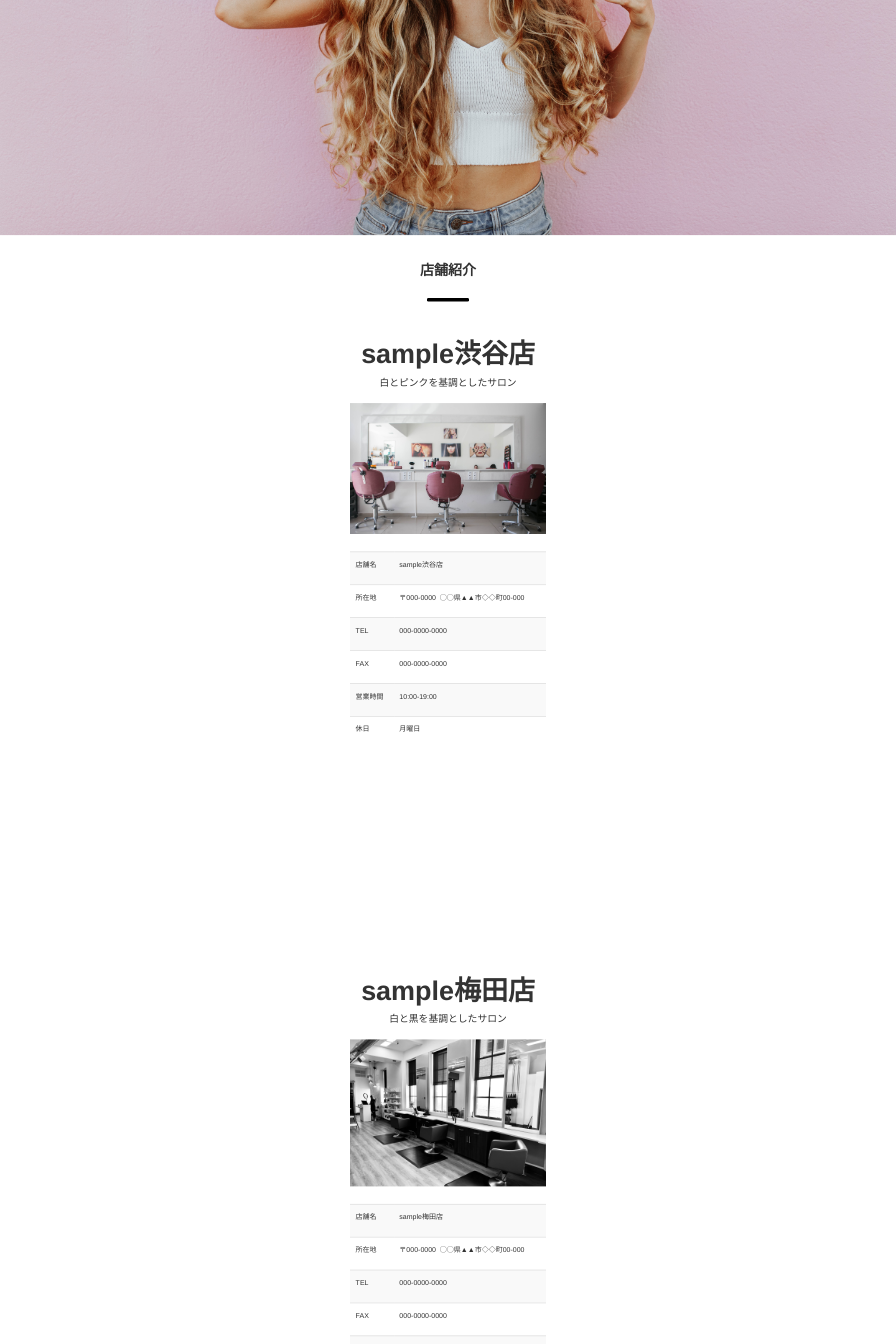
Repository: hayashikazuki/side_job_tenp_hayashi
Page: salon-tenp/profile.html
The author's editor kept a record of every edit. The page is drawn from the files as they stood at one moment, then again after the next edit.
The browser window is 1280 px wide. The pictures show the part of the page from y = 557 to 2477 px (the page is 2904 px tall), at 70% of full size.
Pictures or frames that could not be fetched are drawn as grey boxes. Some web libraries are served in a nearby version.

Above is the page before.

### salon-tenp/profile.html
<!DOCTYPE>
<html lang="ja">
    <head>
        <meta charaset="UTF-8">
        <title>sampleサロン</title>
        <meta charset="UTF-8">
        <meta name="viewport" content="width=device-width,initial-scale=1">
        <link rel="stylesheet" href="profile.css"/>
        <link rel="stylesheet" href="bootstrap.css"/>
        <link href="https://use.fontawesome.com/releases/v5.6.1/css/all.css" rel="stylesheet">
        <link rel="stylesheet" href="https://cdnjs.cloudflare.com/ajax/libs/font-awesome-animation/0.0.10/font-awesome-animation.css"
        type="text/css" media="all" />
        <script src="https://ajax.googleapis.com/ajax/libs/jquery/3.5.1/jquery.min.js"></script>
        <script src="profile.js"></script>
    </head>
    <body>
        <header>
            <h1>sample</h1>
        </header>

        <div id="navArea">

            <nav>
                <div class="inner">
                  <ul>
                    <li><a href="salon.html">TOP</a></li>
                    <li><a href="profile.html">店舗紹介</a></li>
                    <li><a href="contact.html">お問い合わせ</a></li>
                  </ul>
                </div>
            </nav>

          　<div class="toggle_btn">
                <span></span>
                <span></span>
                <span></span>
          　</div>

      　　　　<div id="mask"></div>

    　　</div>

        <div class="main-img">
            <img src="./salon-img/averie-woodard-4nulm-JUYFo-unsplash.jpg">
        </div>

        <div class="shop-title">
            <h1>店舗紹介</h1>
        </div>

        <section class="shop-info">
            <h1>sample渋谷店</h1>
            <p>白とピンクを基調としたサロン</p>

            <div class="shop-img">
                <img src="./salon-img/guilherme-petri-PtOfbGkU3uI-unsplash.jpg">
            </div>
            <div class="info">
                <table class="table table-striped">
                    <tr>
                        <td><p>店舗名</p></td>
                        <td><p>sample渋谷店</p></td>
                    </tr>
                    <tr>
                        <td><p>所在地</p></td>
                        <td><p>〒000-0000&nbsp;&nbsp;◯◯県▲▲市◇◇町00-000</p></td>
                    </tr>
                    <tr>
                        <td><p>TEL</p></td>
                        <td><p>000-0000-0000</p></td>
                    </tr>
                    <tr>
                        <td><p>FAX</p></td>
                        <td><p>000-0000-0000</p></td>
                    </tr>
                    <tr>
                        <td><p>営業時間</p></td>
                        <td><p>10:00-19:00</p></td>
                    </tr>
                    <tr>
                        <td><p>休日</p></td>
                        <td><p>月曜日</p></td>
                    </tr>
                </table>
            </div>

            <iframe src="https://www.google.com/maps/embed?pb=!1m18!1m12!1m3!1d3241.7701641507188!2d139.69944711525818!3d35.658033880199675!2m3!1f0!2f0!3f0!3m2!1i1024!2i768!4f13.1!3m3!1m2!1s0x60188b563b00109f%3A0x337328def1e2ab26!2z5riL6LC36aeF!5e0!3m2!1sja!2sjp!4v1597506700726!5m2!1sja!2sjp" width="300" height="250" frameborder="0"
            style="border:0;" allowfullscreen="" aria-hidden="false" tabindex="0"></iframe>

        </section>


        <section class="shop-info">
            <h1>sample梅田店</h1>
            <p>白と黒を基調としたサロン</p>

            <div class="shop-img">
                <img src="./salon-img/adam-winger-VjRpkGtS55w-unsplash.jpg">
            </div>
            <div class="info">
                <table class="table table-striped">
                    <tr>
                        <td><p>店舗名</p></td>
                        <td><p>sample梅田店</p></td>
                    </tr>
                    <tr>
                        <td><p>所在地</p></td>
                        <td><p>〒000-0000&nbsp;&nbsp;◯◯県▲▲市◇◇町00-000</p></td>
                    </tr>
                    <tr>
                        <td><p>TEL</p></td>
                        <td><p>000-0000-0000</p></td>
                    </tr>
                    <tr>
                        <td><p>FAX</p></td>
                        <td><p>000-0000-0000</p></td>
                    </tr>
                    <tr>
                        <td><p>営業時間</p></td>
                        <td><p>10:00-19:00</p></td>
                    </tr>
                    <tr>
                        <td><p>休日</p></td>
                        <td><p>月曜日</p></td>
                    </tr>
                </table>
            </div>

            <iframe src="https://www.google.com/maps/embed?pb=!1m18!1m12!1m3!1d3280.1068282162037!2d135.49376191506227!3d34.70248538043399!2m3!1f0!2f0!3f0!3m2!1i1024!2i768!4f13.1!3m3!1m2!1s0x6000e68d95e3a70b%3A0x1baec822e859c84a!2z5aSn6Ziq6aeF!5e0!3m2!1sja!2sjp!4v1597506868678!5m2!1sja!2sjp" width="300" height="250" frameborder="0" style="border:0;" allowfullscreen=""
            aria-hidden="false" tabindex="0"></iframe>
        </section>

        <footer>
            <p>&copy;sample</p>
        </footer>


        <div class="top-btn">
            <a href="#top">
                <i class="fas fa-chevron-up my-black fa-4x faa-bounce animated"></i>
                <p>PAGE TOP</p>
            </a>
        </div>

    </body>
</html>

### salon-tenp/profile.css
body{
    margin:0;
}

header {
  position: fixed;
  top: 0;
  left: 0;
  z-index: 2;
  width: 100%;
  height: 65px;
  background: white;
}
header h1 {
  color: black;
  text-align:center;
  font-size:20px;
  line-height:35px;
  transition: .3s;
}

/*============
nav
=============*/
nav {
  display: block;
  position: fixed;
  top: 0;
  left: -300px;
  bottom: 0;
  width: 300px;
  background: #ffffff;
  overflow-x: hidden;
  overflow-y: auto;
  -webkit-overflow-scrolling: touch;
  transition: .5s;
  z-index: 3;
}
.open nav {
  left: 0;
}
nav .inner {
  padding: 25px;
}
nav .inner ul {
  list-style: none;
  margin: 0;
  padding: 0;
}
nav .inner ul li {
  position: relative;
  margin: 0;
  border-bottom: 1px solid #333;
}
nav .inner ul li a {
  display: block;
  color: #333;
  font-size: 14px;
  padding: 1em;
  text-decoration: none;
  transition-duration: 0.2s;
}
nav .inner ul li a:hover {
  background: #e4e4e4;
}

@media screen and (max-width: 767px) {
  nav {
    left: -240px;
    width: 240px;
  }
}
/*============
@keyframes
=============*/
@keyframes equalizer01 {
  0% {
    width: 70%;
  }
  10% {
    width: 50%;
  }
  20% {
    width: 100%;
  }
  30% {
    width: 10%;
  }
  40% {
    width: 50%;
  }
  50% {
    width: 70%;
  }
  60% {
    width: 50%;
  }
  70% {
    width: 10%;
  }
  80% {
    width: 100%;
  }
  90% {
    width: 10%;
  }
  100% {
    width: 70%;
  }
}
@keyframes equalizer02 {
  0% {
    width: 30%;
  }
  10% {
    width: 20%;
  }
  20% {
    width: 40%;
  }
  30% {
    width: 10%;
  }
  40% {
    width: 20%;
  }
  50% {
    width: 30%;
  }
  60% {
    width: 20%;
  }
  70% {
    width: 10%;
  }
  80% {
    width: 40%;
  }
  90% {
    width: 10%;
  }
  100% {
    width: 30%;
  }
}
/*============
.toggle_btn
=============*/
.toggle_btn {
  display: block;
  position: fixed;
  top: 25px;
  left: 30px;
  width: 60px;
  height: 30px;
  transform: translate(0, 0);
  transition: all .5s;
  cursor: pointer;
  z-index: 3;
}
.open .toggle_btn {
  left: 330px;
}
.toggle_btn span {
  display: block;
  position: absolute;
  left: 0;
  width: 30px;
  height: 2px;
  background-color: #666;
  transition: all .5s;
}
.toggle_btn span:nth-child(1) {
  top: 5px;
  width: 60px;
  animation: equalizer01 7000ms infinite;
}
.toggle_btn span:nth-child(2) {
  top: 15px;
  width: 30px;
  animation: equalizer02 5000ms infinite;
  animation-delay: 0.33s;
}
.toggle_btn span:nth-child(3) {
  top: 25px;
  width: 20px;
  animation: equalizer02 5000ms infinite;
}
.open .toggle_btn span {
  background-color: #fff;
  width: 30px;
}
.open .toggle_btn span:nth-child(1) {
  transform: translate(0, 10px) rotate(-45deg);
  animation: unset;
}
.open .toggle_btn span:nth-child(2) {
  opacity: 0;
  animation: unset;
}
.open .toggle_btn span:nth-child(3) {
  transform: translate(0, -10px) rotate(45deg);
  animation: unset;
}
@media screen and (max-width: 767px) {
  .open .toggle_btn {
    left: 260px;
  }
}
/*============
#mask
=============*/
#mask {
  display: none;
}
.open #mask {
  display: block;
  position: fixed;
  top: 0;
  left: 0;
  width: 100%;
  height: 100%;
  background: #000;
  opacity: .8;
  z-index: 2;
  cursor: pointer;
  transition: all .5s;
}


.main-img{
  margin-top:20px;
}

.main-img img{
    width:100%;
}

.shop-title{
  width:300px;
  margin:30px auto;
}

.shop-title h1 {
  position: relative;
  margin-bottom: 4em;
  font-size:20px;
 text-align:center;
}

.shop-title h1:before {
  content: '';
  position: absolute;
  bottom: -25px;
  display: inline-block;
  width: 60px;
  height: 5px;
  left: 50%;
  -webkit-transform: translateX(-50%);
  transform: translateX(-50%);
  background-color: black;
  border-radius: 2px;
}

.shop-info{
  margin:50px 0 50px 0;
  text-align:center;
}

.shop-img{
  margin-top:20px;
}

.shop-img img{
    width:280px;
}

.info{
  width:280px;
  margin:25px auto;
}

.info p{
  font-size:10px;
}

footer p{
    font-size:12px;
    margin:0;
}

.top-btn{
    text-align:center;
    position:fixed;
    bottom:30px;
    right:30px;
}

.top-btn p{
    color:black;
    font-size:10px;
    margin:0;
}

.top-btn a{
    color:black;
    text-decoration:none;
}

### salon-tenp/profile.js
$(function() {

  var $nav   = $('#navArea');
  var $btn   = $('.toggle_btn');
  var $mask  = $('#mask');
  var open   = 'open'; // class
  // menu open close
  $btn.on( 'click', function() {
    if ( ! $nav.hasClass( open ) ) {
      $nav.addClass( open );
    } else {
      $nav.removeClass( open );
    }
  });
  // mask close
  $mask.on('click', function() {
    $nav.removeClass( open );
  });

  var pagetop = $('.top-btn');
    // ボタン非表示
    pagetop.hide();
    // 300px スクロールしたらボタン表示
    $(window).scroll(function () {
        if ($(this).scrollTop() > 300) {
            pagetop.fadeIn();
        } else {
            pagetop.fadeOut();
        }
     });

    $('.top-btn').click(function(){
        $('body,html').animate({
            scrollTop:0
        },500);
        return false;
    });

});

Loaded but not shown: salon-tenp/bootstrap.css (library)

After the next edit:
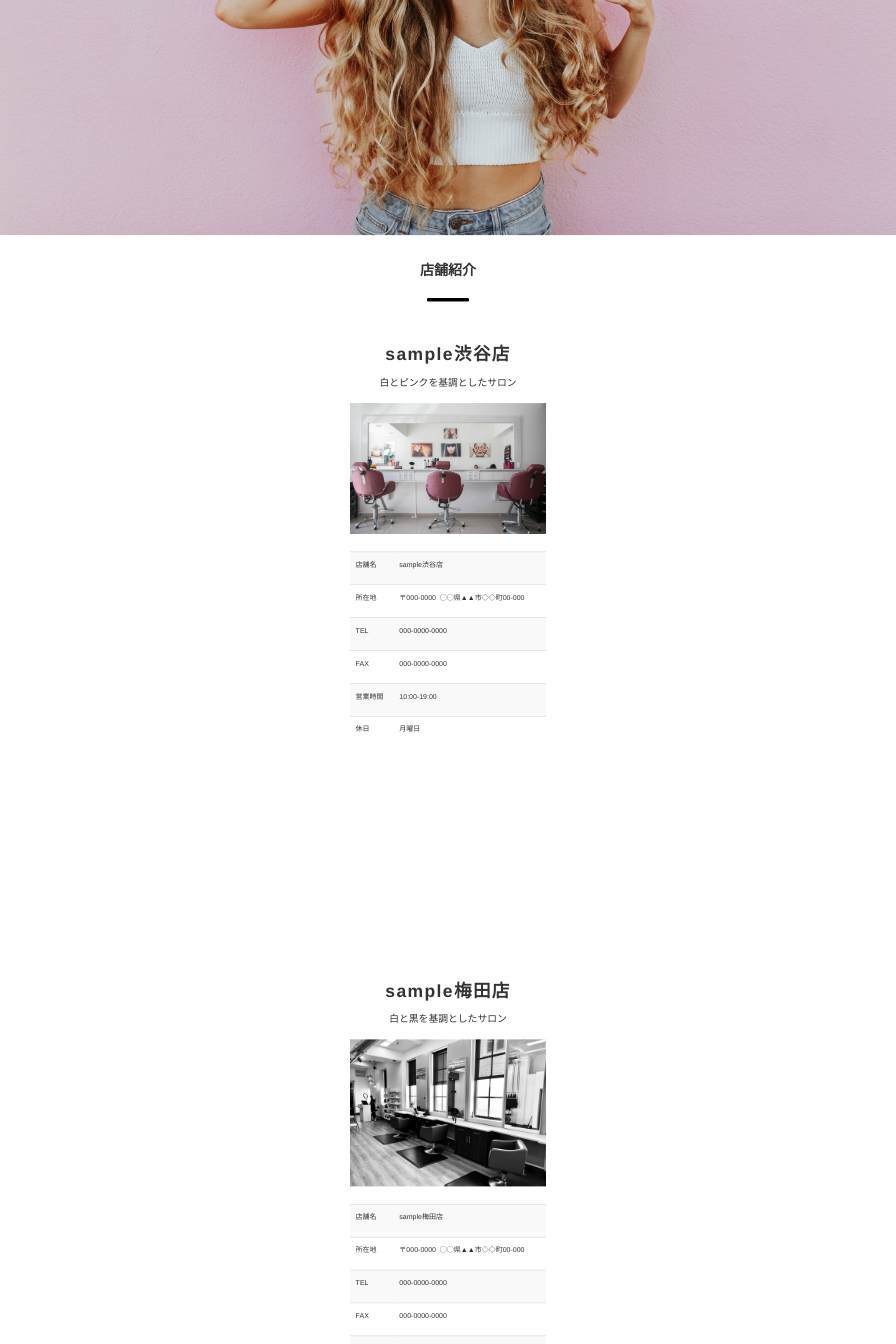
The edit:
--- a/salon-tenp/profile.css
+++ b/salon-tenp/profile.css
@@ -267,6 +267,11 @@
   text-align:center;
 }
 
+.shop-info h1{
+  font-size:25px;
+  letter-spacing:2px;
+}
+
 .shop-img{
   margin-top:20px;
 }
